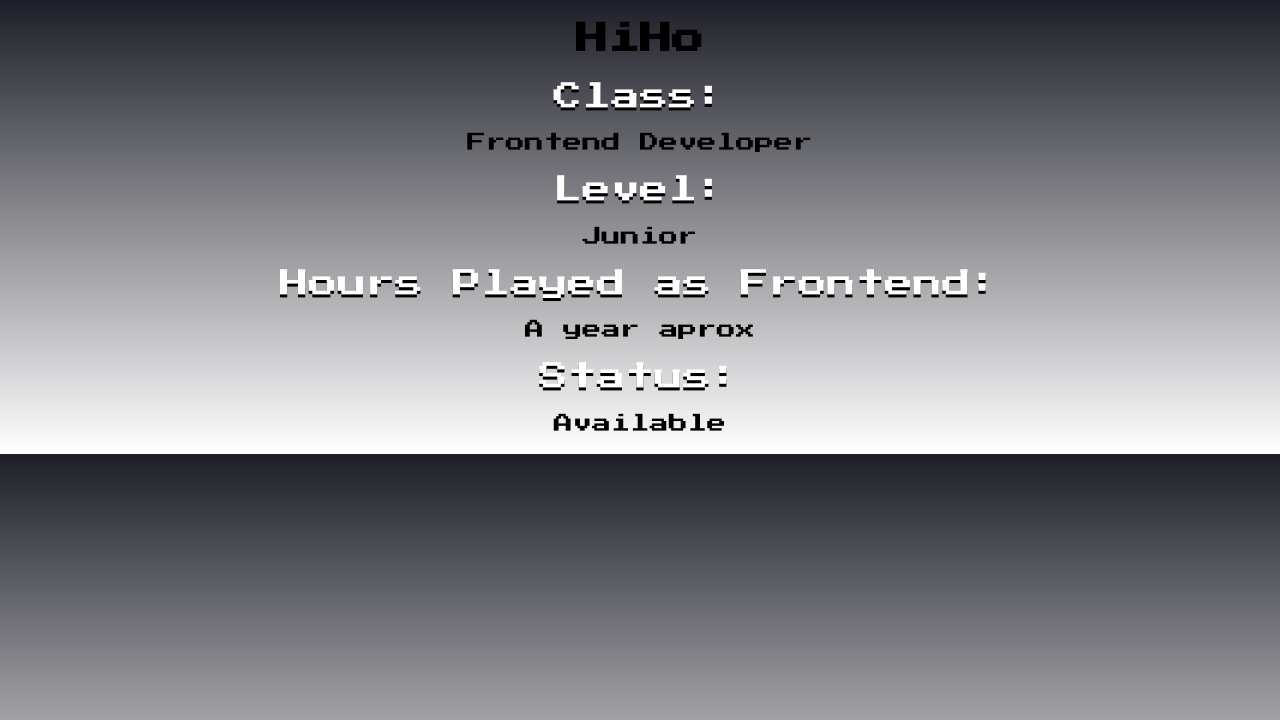
Repository: sernalab/soon
Page: index.html
The author's editor kept a copy of each file at every save. The page is drawn from the files as they stood at one save, then again after the next save.
The browser window is 1280 px wide. The pictures show the whole page.
Some web fonts or font styles are not loaded; a fallback is used.

Above is the page before, as saved 2018-12-24 01:11:06.

### index.html
<!DOCTYPE html>
<html lang="en">

<head>
    <meta charset="UTF-8">
    <meta name="viewport" content="width=device-width, initial-scale=1.0">
    <meta http-equiv="X-UA-Compatible" content="ie=edge">
    <title>Lulz</title>
    <link rel="stylesheet" href="css/styles.css">
    <link href="https://fonts.googleapis.com/css?family=Aldrich" rel="stylesheet">
    <link href="https://fonts.googleapis.com/css?family=Press+Start+2P" rel="stylesheet">

</head>

<body>
    <main>
        <h1>HiHo</h1>
        <span>Class:</span>
        <p> Frontend Developer</p>
        <span>Level:</span>
        <p>Junior</p>
        <span>Hours Played as Frontend:</span>
        <p>A year aprox</p>
        <span>Status:</span>
        <p>Available</p>
    </main>
</body>

<script>
    // google analitycs
</script>

</html>

### css/styles.css
/*! normalize.css v8.0.1 | MIT License | github.com/necolas/normalize.css */


/* Document
   ========================================================================== */


/**
 * 1. Correct the line height in all browsers.
 * 2. Prevent adjustments of font size after orientation changes in iOS.
 */

html {
    line-height: 1.15;
    /* 1 */
    -webkit-text-size-adjust: 100%;
    /* 2 */
}


/* Sections
   ========================================================================== */


/**
 * Remove the margin in all browsers.
 */

body {
    margin: 0;
}


/**
 * Render the `main` element consistently in IE.
 */

main {
    display: block;
}


/**
 * Correct the font size and margin on `h1` elements within `section` and
 * `article` contexts in Chrome, Firefox, and Safari.
 */

h1 {
    font-size: 2em;
    margin: 0.67em 0;
}


/* Grouping content
   ========================================================================== */


/**
 * 1. Add the correct box sizing in Firefox.
 * 2. Show the overflow in Edge and IE.
 */

hr {
    box-sizing: content-box;
    /* 1 */
    height: 0;
    /* 1 */
    overflow: visible;
    /* 2 */
}


/**
 * 1. Correct the inheritance and scaling of font size in all browsers.
 * 2. Correct the odd `em` font sizing in all browsers.
 */

pre {
    font-family: monospace, monospace;
    /* 1 */
    font-size: 1em;
    /* 2 */
}


/* Text-level semantics
   ========================================================================== */


/**
 * Remove the gray background on active links in IE 10.
 */

a {
    background-color: transparent;
}


/**
 * 1. Remove the bottom border in Chrome 57-
 * 2. Add the correct text decoration in Chrome, Edge, IE, Opera, and Safari.
 */

abbr[title] {
    border-bottom: none;
    /* 1 */
    text-decoration: underline;
    /* 2 */
    text-decoration: underline dotted;
    /* 2 */
}


/**
 * Add the correct font weight in Chrome, Edge, and Safari.
 */

b,
strong {
    font-weight: bolder;
}


/**
 * 1. Correct the inheritance and scaling of font size in all browsers.
 * 2. Correct the odd `em` font sizing in all browsers.
 */

code,
kbd,
samp {
    font-family: monospace, monospace;
    /* 1 */
    font-size: 1em;
    /* 2 */
}


/**
 * Add the correct font size in all browsers.
 */

small {
    font-size: 80%;
}


/**
 * Prevent `sub` and `sup` elements from affecting the line height in
 * all browsers.
 */

sub,
sup {
    font-size: 75%;
    line-height: 0;
    position: relative;
    vertical-align: baseline;
}

sub {
    bottom: -0.25em;
}

sup {
    top: -0.5em;
}


/* Embedded content
   ========================================================================== */


/**
 * Remove the border on images inside links in IE 10.
 */

img {
    border-style: none;
}


/* Forms
   ========================================================================== */


/**
 * 1. Change the font styles in all browsers.
 * 2. Remove the margin in Firefox and Safari.
 */

button,
input,
optgroup,
select,
textarea {
    font-family: inherit;
    /* 1 */
    font-size: 100%;
    /* 1 */
    line-height: 1.15;
    /* 1 */
    margin: 0;
    /* 2 */
}


/**
 * Show the overflow in IE.
 * 1. Show the overflow in Edge.
 */

button,
input {
    /* 1 */
    overflow: visible;
}


/**
 * Remove the inheritance of text transform in Edge, Firefox, and IE.
 * 1. Remove the inheritance of text transform in Firefox.
 */

button,
select {
    /* 1 */
    text-transform: none;
}


/**
 * Correct the inability to style clickable types in iOS and Safari.
 */

button,
[type="button"],
[type="reset"],
[type="submit"] {
    -webkit-appearance: button;
}


/**
 * Remove the inner border and padding in Firefox.
 */

button::-moz-focus-inner,
[type="button"]::-moz-focus-inner,
[type="reset"]::-moz-focus-inner,
[type="submit"]::-moz-focus-inner {
    border-style: none;
    padding: 0;
}


/**
 * Restore the focus styles unset by the previous rule.
 */

button:-moz-focusring,
[type="button"]:-moz-focusring,
[type="reset"]:-moz-focusring,
[type="submit"]:-moz-focusring {
    outline: 1px dotted ButtonText;
}


/**
 * Correct the padding in Firefox.
 */

fieldset {
    padding: 0.35em 0.75em 0.625em;
}


/**
 * 1. Correct the text wrapping in Edge and IE.
 * 2. Correct the color inheritance from `fieldset` elements in IE.
 * 3. Remove the padding so developers are not caught out when they zero out
 *    `fieldset` elements in all browsers.
 */

legend {
    box-sizing: border-box;
    /* 1 */
    color: inherit;
    /* 2 */
    display: table;
    /* 1 */
    max-width: 100%;
    /* 1 */
    padding: 0;
    /* 3 */
    white-space: normal;
    /* 1 */
}


/**
 * Add the correct vertical alignment in Chrome, Firefox, and Opera.
 */

progress {
    vertical-align: baseline;
}


/**
 * Remove the default vertical scrollbar in IE 10+.
 */

textarea {
    overflow: auto;
}


/**
 * 1. Add the correct box sizing in IE 10.
 * 2. Remove the padding in IE 10.
 */

[type="checkbox"],
[type="radio"] {
    box-sizing: border-box;
    /* 1 */
    padding: 0;
    /* 2 */
}


/**
 * Correct the cursor style of increment and decrement buttons in Chrome.
 */

[type="number"]::-webkit-inner-spin-button,
[type="number"]::-webkit-outer-spin-button {
    height: auto;
}


/**
 * 1. Correct the odd appearance in Chrome and Safari.
 * 2. Correct the outline style in Safari.
 */

[type="search"] {
    -webkit-appearance: textfield;
    /* 1 */
    outline-offset: -2px;
    /* 2 */
}


/**
 * Remove the inner padding in Chrome and Safari on macOS.
 */

[type="search"]::-webkit-search-decoration {
    -webkit-appearance: none;
}


/**
 * 1. Correct the inability to style clickable types in iOS and Safari.
 * 2. Change font properties to `inherit` in Safari.
 */

::-webkit-file-upload-button {
    -webkit-appearance: button;
    /* 1 */
    font: inherit;
    /* 2 */
}


/* Interactive
   ========================================================================== */


/*
 * Add the correct display in Edge, IE 10+, and Firefox.
 */

details {
    display: block;
}


/*
 * Add the correct display in all browsers.
 */

summary {
    display: list-item;
}


/* Misc
   ========================================================================== */


/**
 * Add the correct display in IE 10+.
 */

template {
    display: none;
}


/**
 * Add the correct display in IE 10.
 */

[hidden] {
    display: none;
}


/* custom css */

body {
    background-image: linear-gradient(#1e1e28, white);
    font-family: 'Press Start 2P';
    background-repeat: repeat;
}

main {
    display: flex;
    flex-direction: column;
    justify-content: baseline;
    align-items: center;
}

span {
    color: white;
    font-size: 1.8em;
    text-shadow: 0 .1em 0 #000;
}

p {
    font-size: 1.2em
}

After the next save:
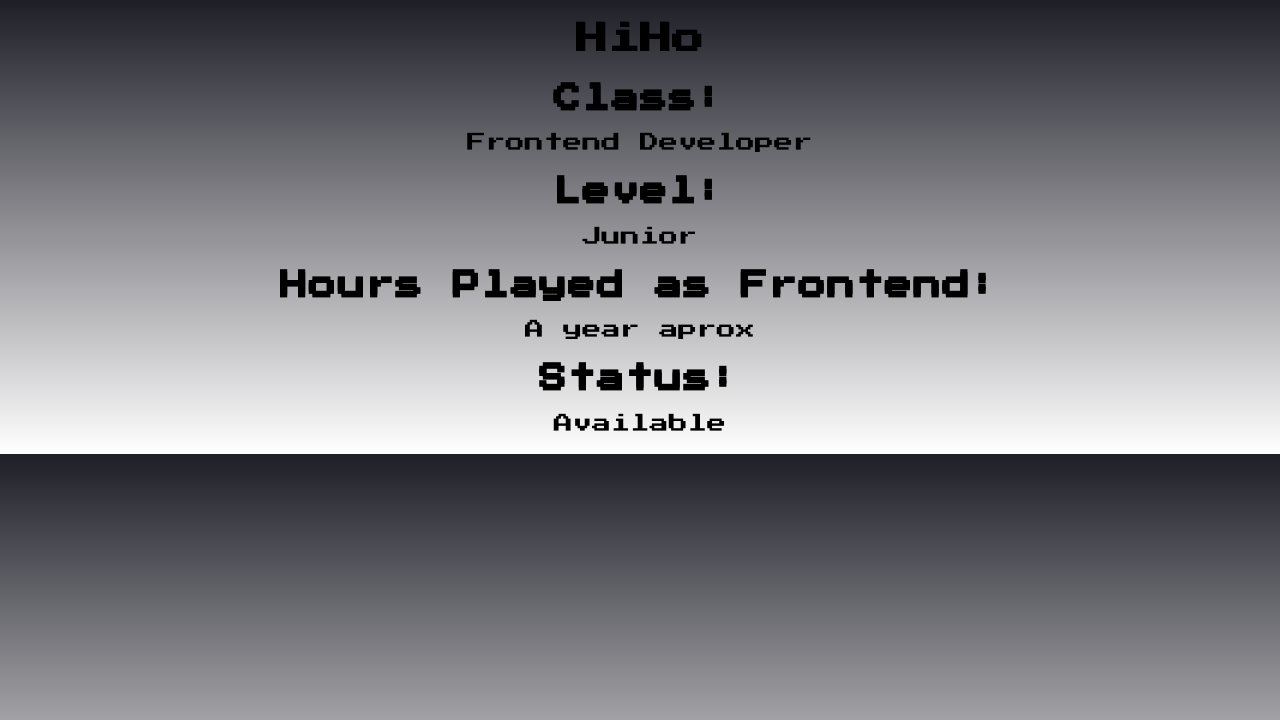
Saved 77 s later.
--- a/css/styles.css
+++ b/css/styles.css
@@ -435,7 +435,7 @@
 }
 
 span {
-    color: white;
+    color: rgb(white, .9);
     font-size: 1.8em;
     text-shadow: 0 .1em 0 #000;
 }

After the save that followed:
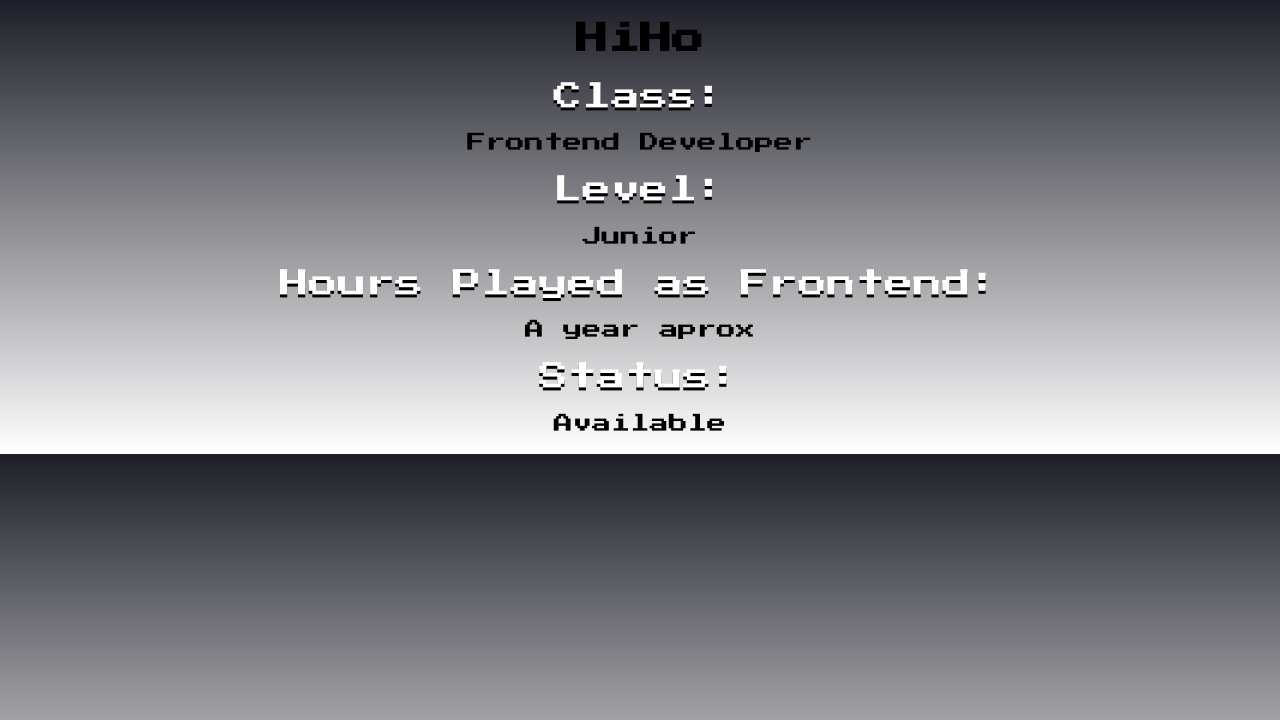
Saved 17 s later.
--- a/css/styles.css
+++ b/css/styles.css
@@ -435,7 +435,7 @@
 }
 
 span {
-    color: rgb(white, .9);
+    color: white;
     font-size: 1.8em;
     text-shadow: 0 .1em 0 #000;
 }
